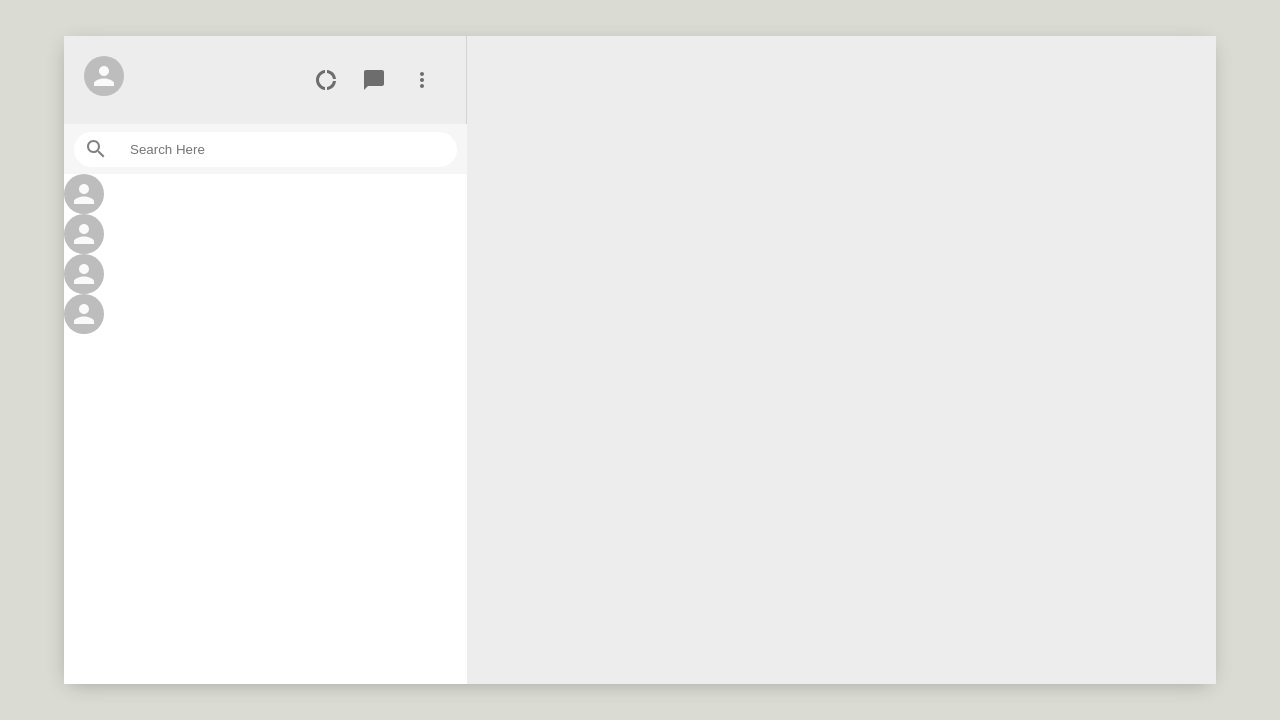
Repository: Prafullkuma/whatsappclon
Page: /
The author's editor kept a copy of each file at every save. The page is drawn from the files as they stood at one save, then again after the next save.
The browser window is 1280 px wide. The pictures show the whole page.
The project was rebuilt for these pictures with package versions that can differ from the ones it lists, and the page was loaded fresh each time. Also part of the build but not shown: src/Component/Chat/sidebarChat.css.

Above is the page before, as saved 2020-08-19 12:20:08.

After the next save:
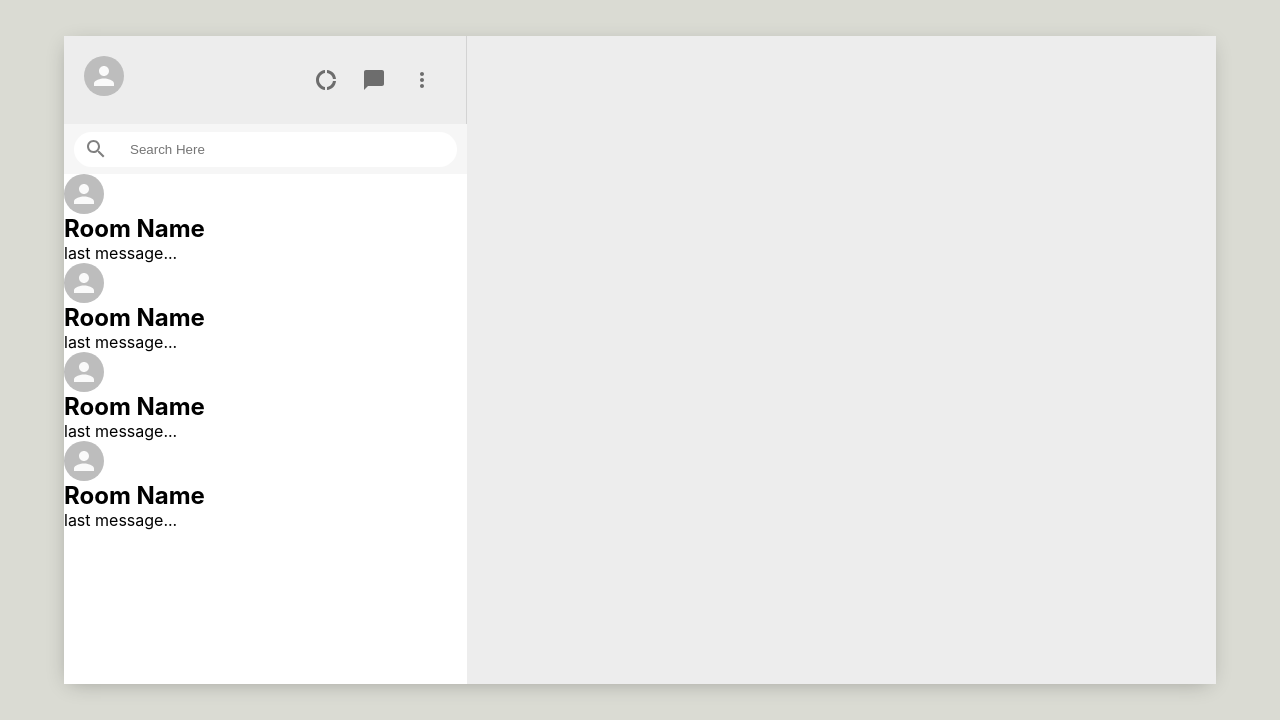
Saved 44 s later.
--- a/src/Component/Chat/SidebarChat.js
+++ b/src/Component/Chat/SidebarChat.js
@@ -5,7 +5,10 @@ function SidebarChat() {
     return (
         <div>
             <Avatar />
-
+            <div className="sidebarchat_info">
+                <h2>Room Name</h2>
+                <p>last message...</p>
+            </div>
         </div>
     )
 }
